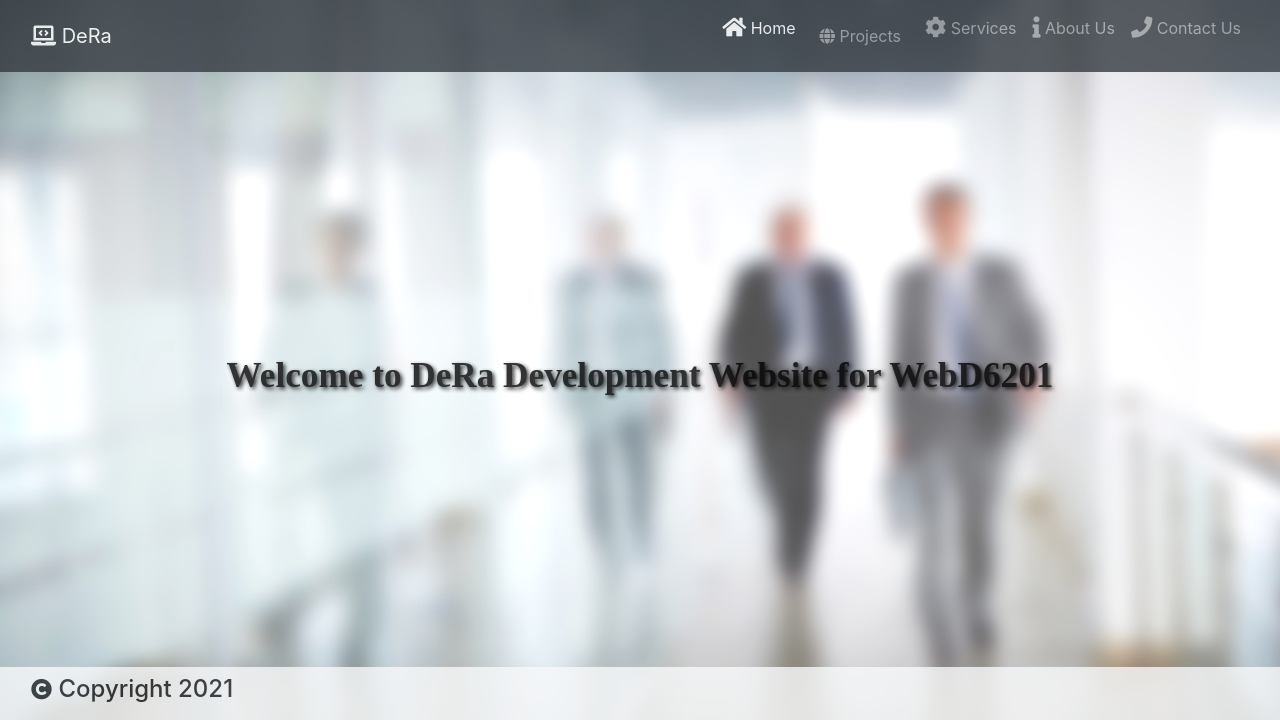
Repository: deividwsantoss/web6201-Lab1
Page: index.html
The author's editor kept a copy of each file at every save. The page is drawn from the files as they stood at one save, then again after the next save.
The browser window is 1280 px wide. The pictures show the whole page.

Above is the page before, as saved 2021-02-04 10:20:19.
Console error: TypeError: Cannot set properties of null (setting 'innerHTML')

After the next save:
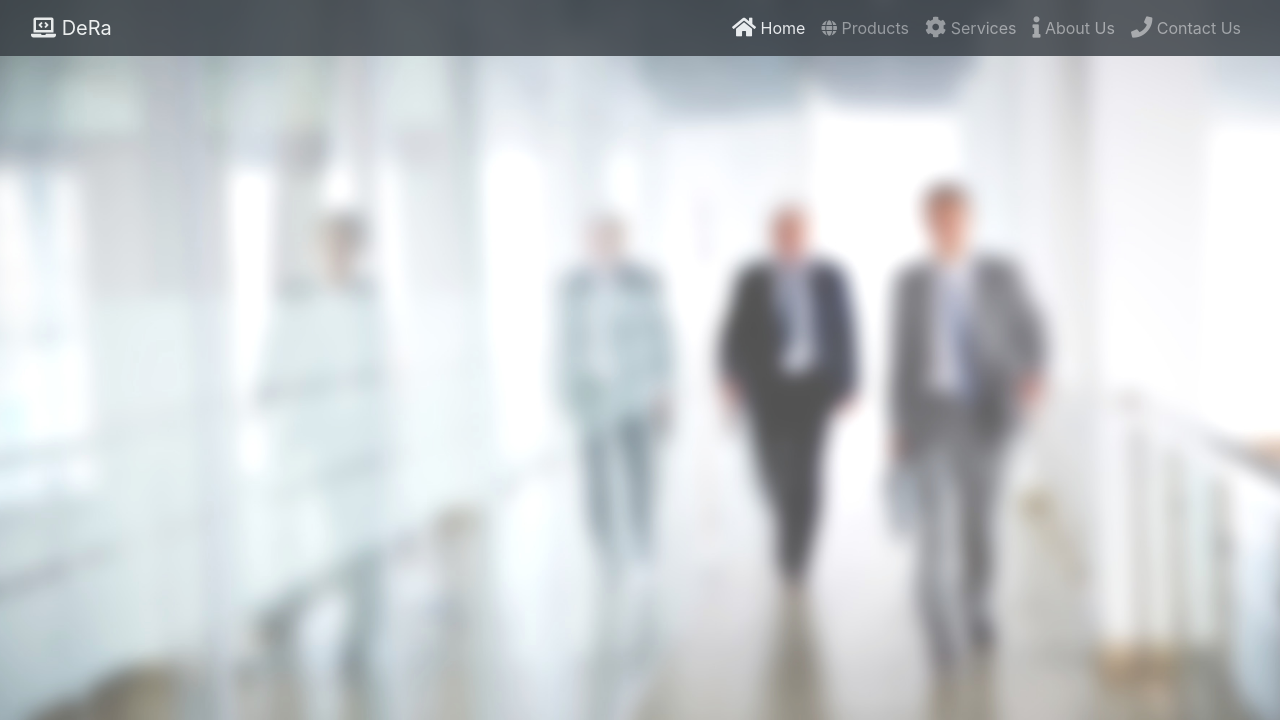
Console error: TypeError: window.onload is not a function
Saved 90 s later.
--- a/Scripts/app.js
+++ b/Scripts/app.js
@@ -187,7 +187,7 @@
 
 
     }
-    window.addEventListener("onload",addHr);
+    window.onload("load",addHr);
     window.addEventListener("load",addFooter);
     window.addEventListener("load",Projects);
     window.addEventListener("load",Start);

After the save that followed:
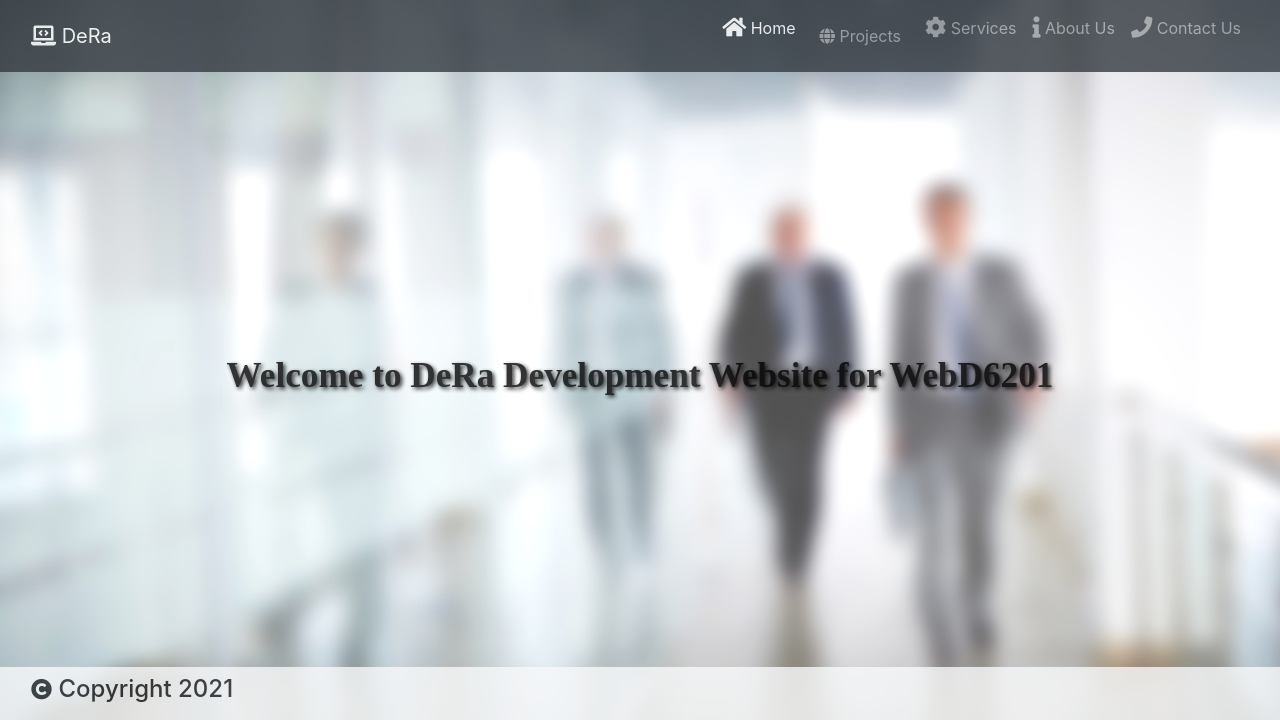
Saved 14 s later.
--- a/Scripts/app.js
+++ b/Scripts/app.js
@@ -187,9 +187,10 @@
 
 
     }
-    window.onload("load",addHr);
+
     window.addEventListener("load",addFooter);
     window.addEventListener("load",Projects);
     window.addEventListener("load",Start);
+    window.onload("load",addHr);
 
 })();
